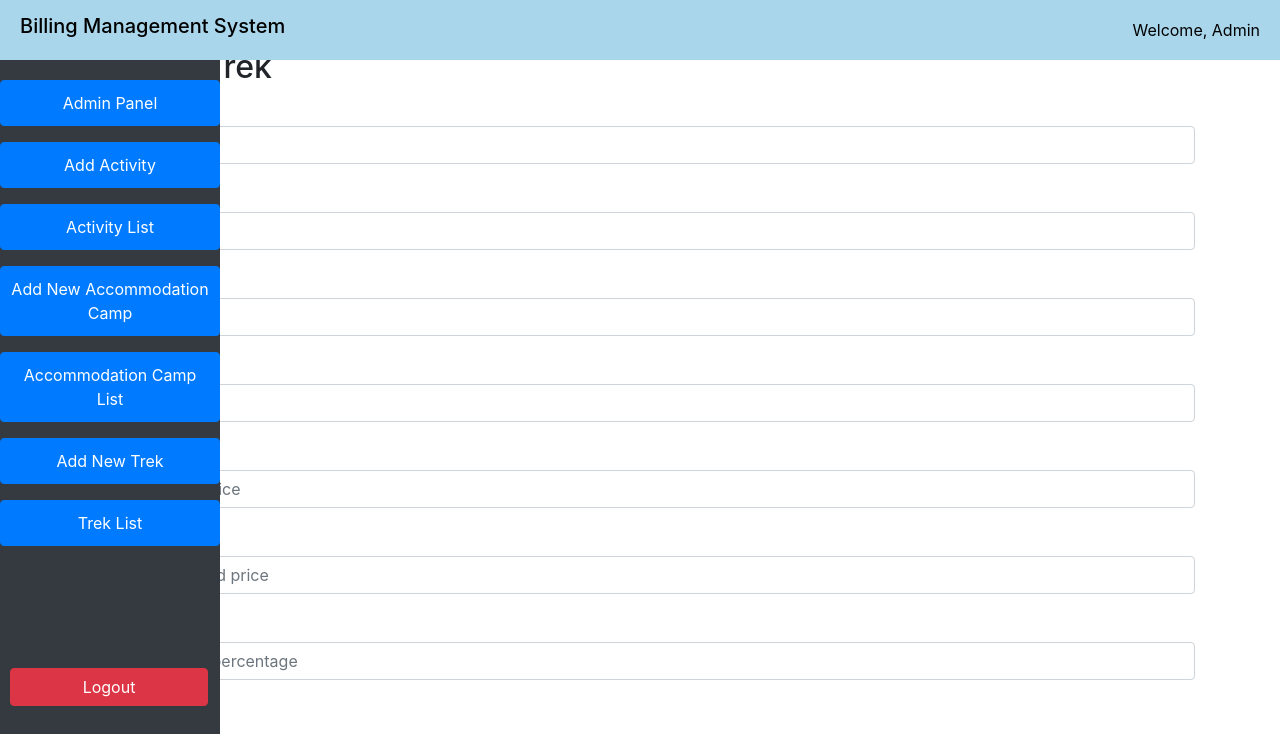
Repository: ruturajsurwase/Thymleaf-Projects
Page: http://localhost/trek-update-form
These files come from the project's save history. The page is drawn as it stood at one moment and after the next save; the edit follows.
The browser window is 1280 px wide. The pictures show the whole page.
The page is this project's Thymeleaf template; nobody is signed in. The template is opened directly, without the code that normally fills it, so the values that code supplies are empty.

Above is the page before, as saved 2024-12-13 06:31:10.

After the next save:
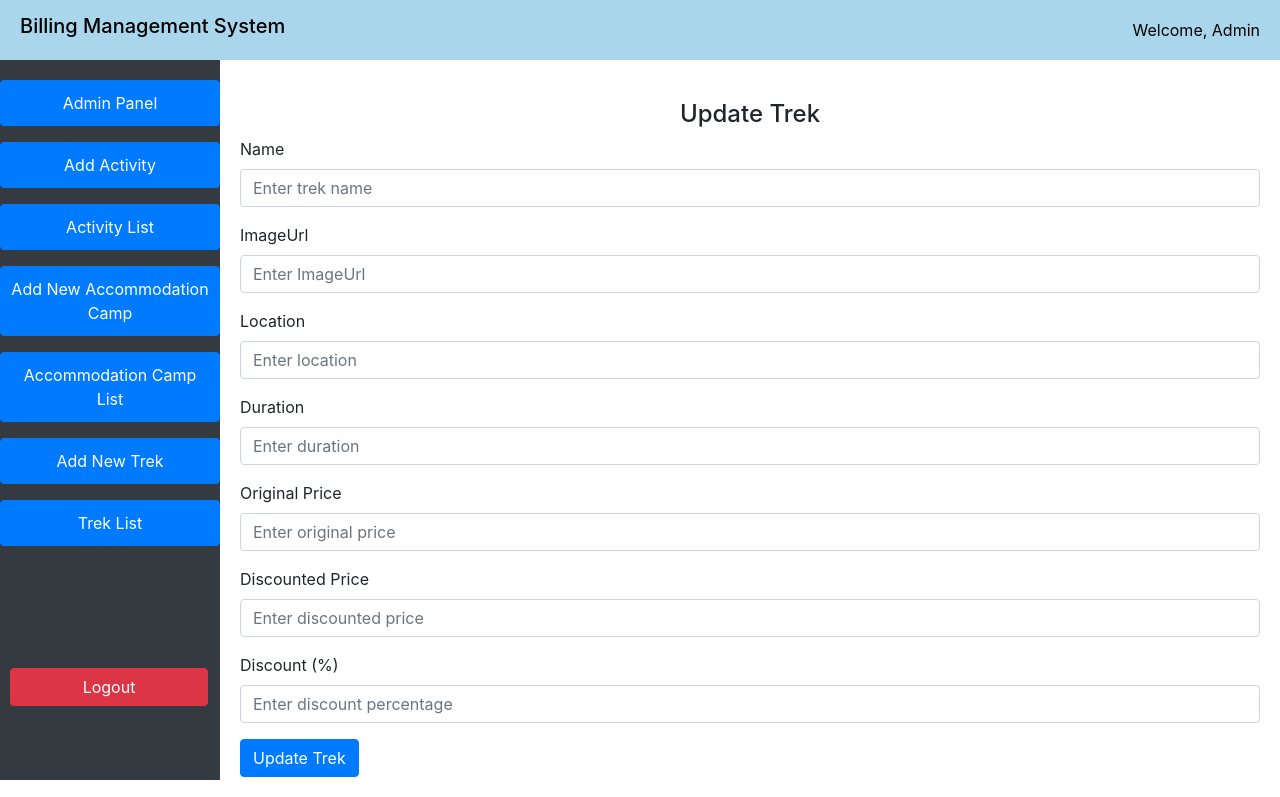
Saved 42 s later.
--- a/WEEKENDFEELS/src/main/resources/templates/trek-update-form.html
+++ b/WEEKENDFEELS/src/main/resources/templates/trek-update-form.html
@@ -85,8 +85,8 @@
 
 
 
-<div class="container mt-5">
-    <h2>Update Trek</h2>
+ <div class="content">
+     <h4 class="text-center">Update Trek</h4>
     <form th:action="@{/trek/update}" th:object="${trek}" method="post">
         <input type="hidden" th:field="*{id}">
 
